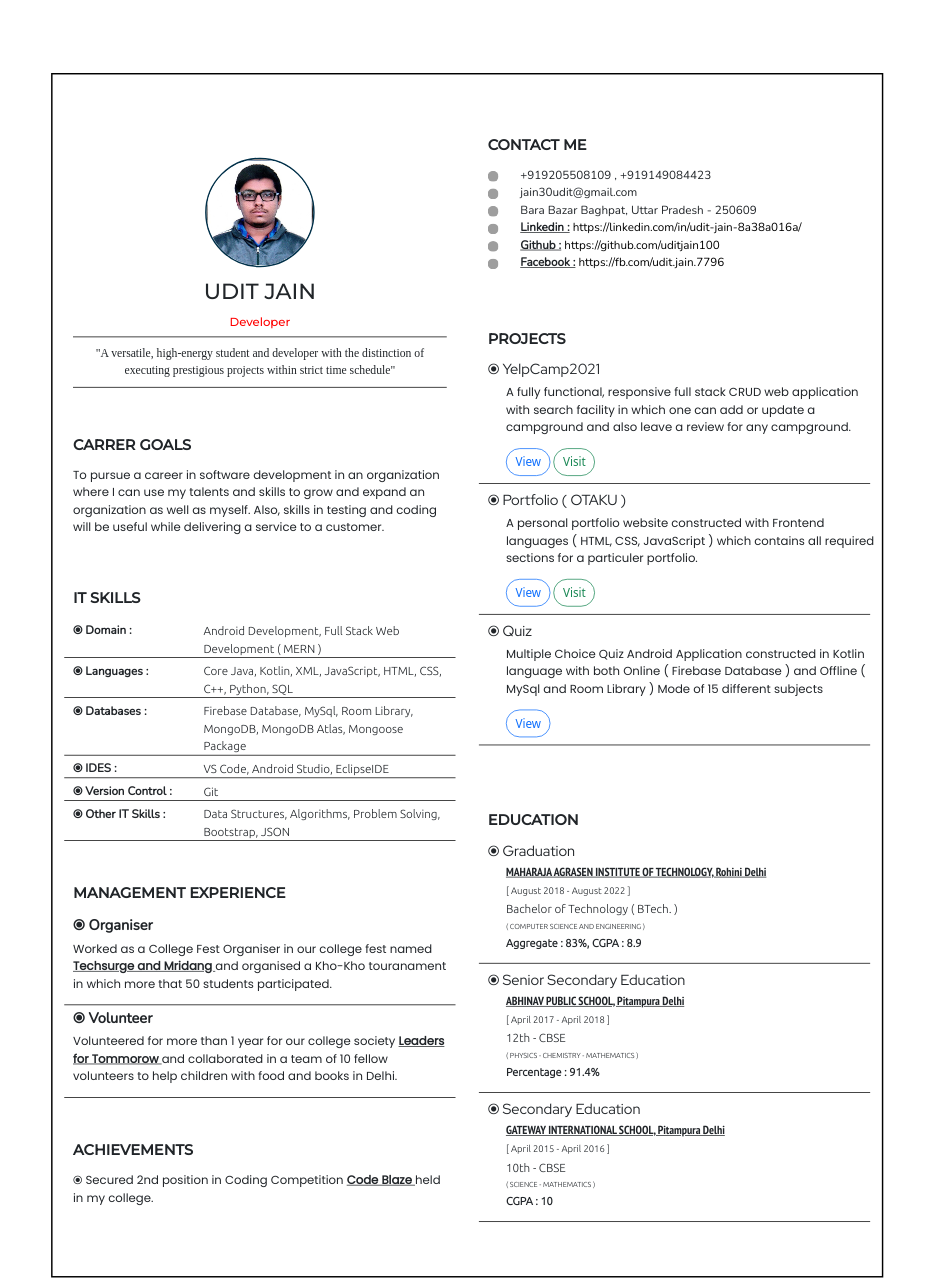
Repository: uditjain100/Resume
Page: index.html
The author's editor kept a copy of each file at every save. The page is drawn from the files as they stood at one save, then again after the next save.
The browser window is 1280 px wide. The pictures show the whole page, at 73% of full size.
Pictures or frames that could not be fetched are drawn as grey boxes. Some web fonts or font styles are not loaded; a fallback is used. Some web libraries are served in a nearby version.

Above is the page before, as saved 2021-03-03 00:20:10.

After the next save:
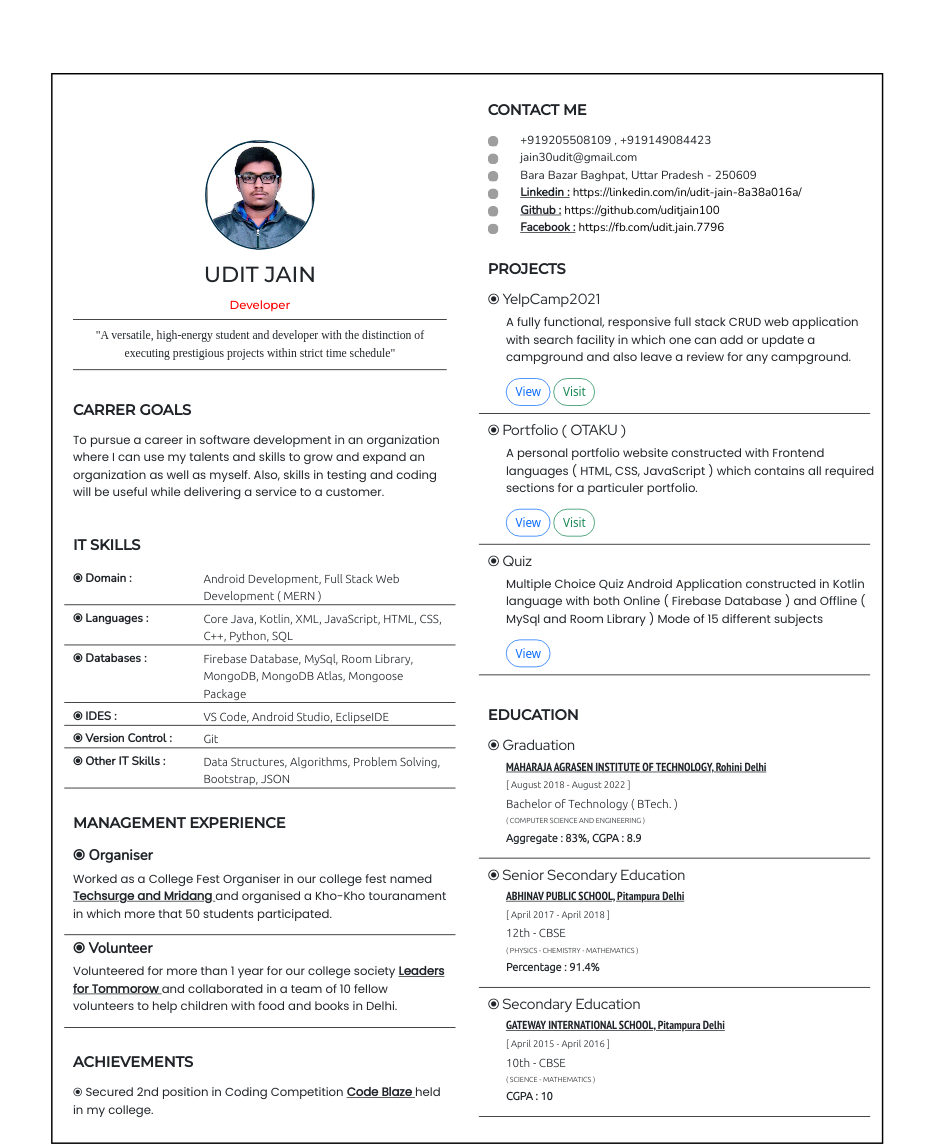
Saved 2 min 6 s later.
--- a/index.html
+++ b/index.html
@@ -69,7 +69,7 @@ class="btn btn-outline-success rounded-pill"
     <div class="container">
       <div id="wholewindow" class="row">
         <div id="leftwindow" class="col-6">
-          <div id="namebox" style="border: none" class="card my-4">
+          <div id="namebox" style="border: none">
             <img
               id="profileimg"
               src="profile.jpg"
@@ -88,7 +88,7 @@ class="btn btn-outline-success rounded-pill"
               </p>
             </div>
           </div>
-          <div id="goalbox" style="border: none" class="card my-4">
+          <div id="goalbox" style="border: none">
             <div class="card-body">
               <h3 class="card-title">CARRER GOALS</h3>
               <p>
@@ -99,7 +99,7 @@ class="btn btn-outline-success rounded-pill"
               </p>
             </div>
           </div>
-          <div id="itskillsbox" style="border: none" class="card my-4">
+          <div id="itskillsbox" style="border: none">
             <div class="card-body">
               <h3 class="card-title">IT SKILLS</h3>
               <ul class="list-group">
@@ -144,7 +144,7 @@ class="btn btn-outline-success rounded-pill"
               </ul>
             </div>
           </div>
-          <div id="managementskillsbox" style="border: none" class="card my-4">
+          <div id="managementskillsbox" style="border: none">
             <div class="card-body">
               <h3 class="card-title">MANAGEMENT EXPERIENCE</h3>
               <ul class="list-group">
@@ -172,7 +172,7 @@ class="btn btn-outline-success rounded-pill"
               </ul>
             </div>
           </div>
-          <div id="achievementsbox" style="border: none" class="card my-4">
+          <div id="achievementsbox" style="border: none">
             <div class="card-body">
               <h3 class="card-title">ACHIEVEMENTS</h3>
               <ul class="list-group">
@@ -190,7 +190,7 @@ class="btn btn-outline-success rounded-pill"
           </div>
         </div>
         <div id="rightwindow" class="col-6">
-          <div id="contactbox" style="border: none" class="card my-5">
+          <div id="contactbox" style="border: none">
             <div class="card-body">
               <h3 class="card-title">CONTACT ME</h3>
               <ul class="list-group">
@@ -295,7 +295,7 @@ class="btn btn-outline-success rounded-pill"
               </ul>
             </div>
           </div>
-          <div id="projectbox" style="border: none" class="card my-5">
+          <div id="projectbox" style="border: none">
             <div class="card-body">
               <h3 class="card-title">PROJECTS</h3>
               <ul class="list-group">
@@ -367,7 +367,7 @@ class="btn btn-outline-success rounded-pill"
               </ul>
             </div>
           </div>
-          <div id="educationbox" style="border: none" class="card my-5">
+          <div id="educationbox" style="border: none">
             <div class="card-body">
               <h3 class="card-title">EDUCATION</h3>
               <ul class="list-group">
